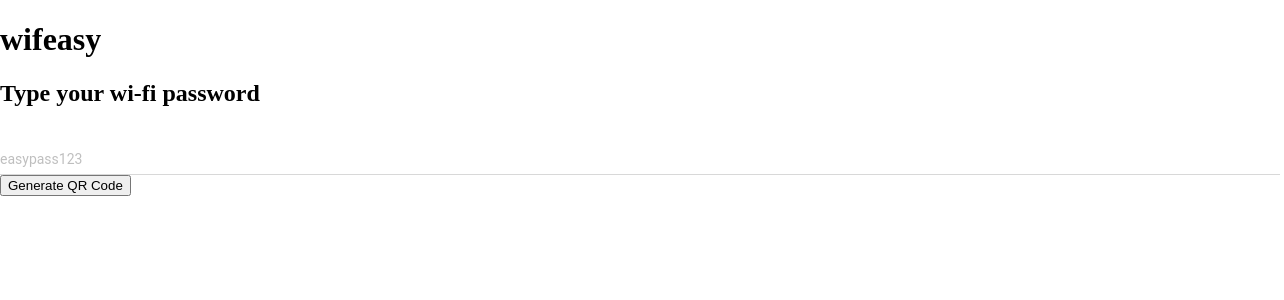
Repository: akagabi/wifeasy
Page: index.html
The author's editor kept a copy of each file at every save. The page is drawn from the files as they stood at one save, then again after the next save.
The browser window is 1280 px wide. The page is 1284 px wide, then 1280 px, so the pictures cover 1284 px, including what lies to the right of the window. The pictures show the whole page.

Above is the page before, as saved 2018-12-25 12:38:56.

After the next save:
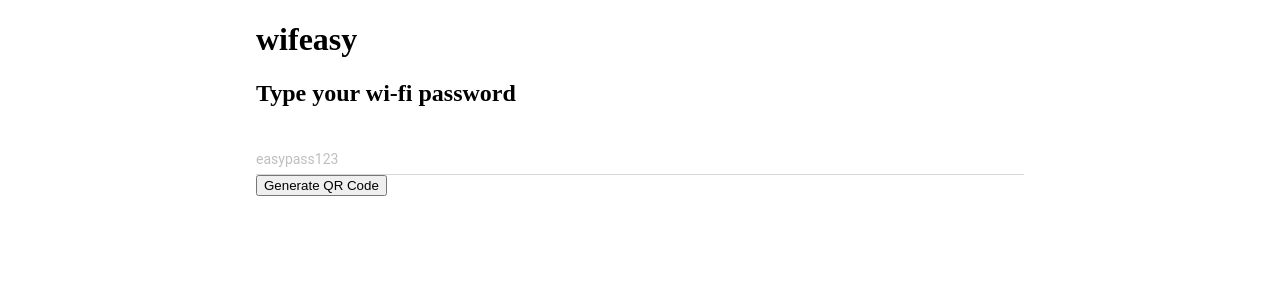
Saved 4 min 54 s later.
--- a/style.css
+++ b/style.css
@@ -1,6 +1,6 @@
 body {
     margin: 0 auto;
-    max-width: 1280px;
+    max-width: 768px;
 }
 
 .input__wrapper {
